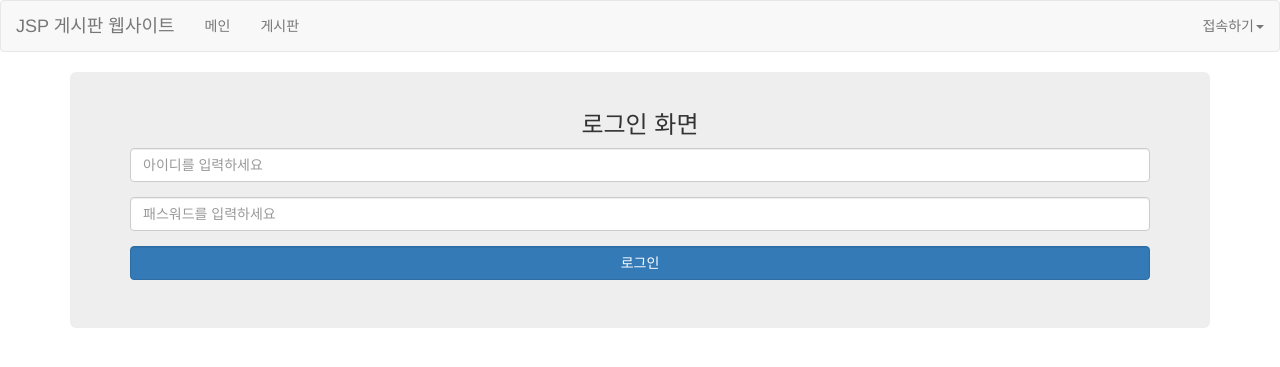
Repository: sinsungeun/for_webprogrammer
Page: http://localhost/BBS/login.jsp
An editor plug-in stored every save of this project. The page is shown before and after the next save, followed by the edit.
The browser window is 1280 px wide. The pictures show the whole page.
The page is served by Tomcat 9. Other server files are loaded and not shown.

Above is the page before, as saved 2020-03-26 07:57:26.

### BBS/WebContent/login.jsp
<%@ page language="java" contentType="text/html; charset=UTF-8"
    pageEncoding="UTF-8"%>
<!DOCTYPE html>
<html>
<head>
<meta http-equiv="Content-Type" content="text/html; charset=UTF-8">
<meta name="viewport" content="width=device-width", initial-scale="1">
<link rel="stylesheet" href="css/bootstrap.css">
<title>JSP 게시판 웹 사이트</title>
</head>
<body>
	<nav class="navbar navbar-default">
		<div class="navbar-header">
			<button type="button" class="navbar-toggle collapsed"
				data-toggle="collapse" data-target="#bs-example-navbar-collapse-1"
				aria-expanded="false">
				<span class="icon-bar"></span>
				<span class="icon-bar"></span>
				<span class="icon-bar"></span>
			</button>
			<a class="navbar-brand" href="main.jsp">JSP 게시판 웹사이트</a>
		</div>
		<div class="collapse navbar-collapse" id="bs-example-navbar-collapse-1">
			<ul class="nav navbar-nav">
				<li><a href="main.jsp">메인</a></li>
				<li><a href="bbs.jsp">게시판</a></li>
			</ul>
			<ul class="nav navbar-nav navbar-right">
				<li class="dropdown">
					<a href="#" class="dropdown-toggle"
						data-toggle="dropdown" role="button" aria-haspopup="true"
						aria-expanded="false">접속하기<span class="caret"></span></a>
					<ul class="dropdown-menu">
						<li class="active"><a href="login.jsp">로그인</a></li>
						<li><a href="join.jsp">회원가입</a></li>
					</ul>
				</li>
			</ul>
		</div>
	</nav>
	<div class="container">
		<div calss="col-lg-4"></div>
		<div calss="col-lg-4">
			<div class="jumbotron" style="padding-top: 20px;">
				<form method="post" action="loginAction.jsp">
					<h3 style="text-align: center;">로그인 화면</h3>
					<div class="form-group">
						<input type="text" class="form-control" placeholder="아이디를 입력하세요" name="userID" maxlength="20">
					</div>
					<div class="form-group">
						<input type="password" class="form-control" placeholder="패스워드를 입력하세요" name="userPassword" maxlength="20">
					</div>
					<input type="submit" class="btn btn-primary form-control" value="로그인">
				</form>
			</div>
		</div>

	</div>
	<script src="https://ajax.aspnetcdn.com/ajax/jQuery/jquery-3.3.1.min.js"></script>
	<script src="js/bootstrap.js"></script>
</html>

Loaded but not shown: BBS/WebContent/css/bootstrap.css (library); BBS/WebContent/js/bootstrap.js (library)

After the next save:
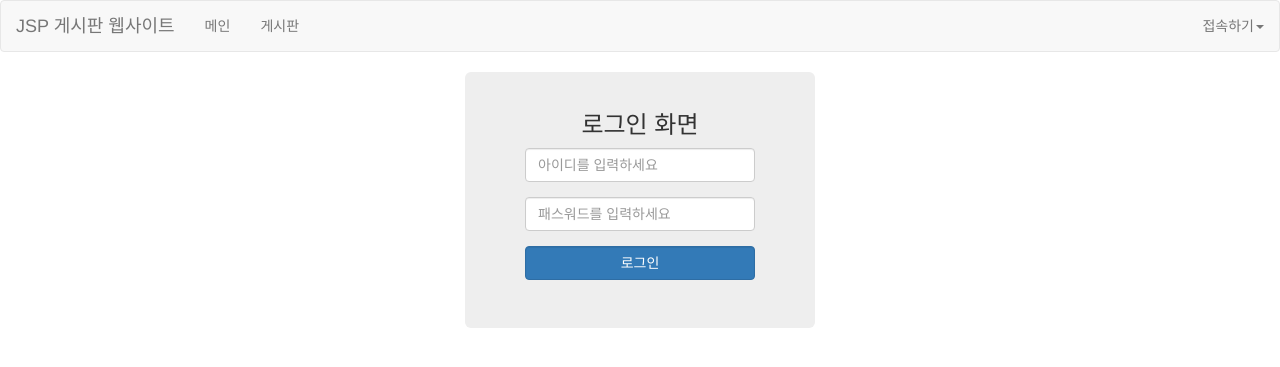
Saved 50 s later.
--- a/BBS/WebContent/login.jsp
+++ b/BBS/WebContent/login.jsp
@@ -39,8 +39,8 @@
 		</div>
 	</nav>
 	<div class="container">
-		<div calss="col-lg-4"></div>
-		<div calss="col-lg-4">
+		<div class="col-lg-4"></div>
+		<div class="col-lg-4">
 			<div class="jumbotron" style="padding-top: 20px;">
 				<form method="post" action="loginAction.jsp">
 					<h3 style="text-align: center;">로그인 화면</h3>
